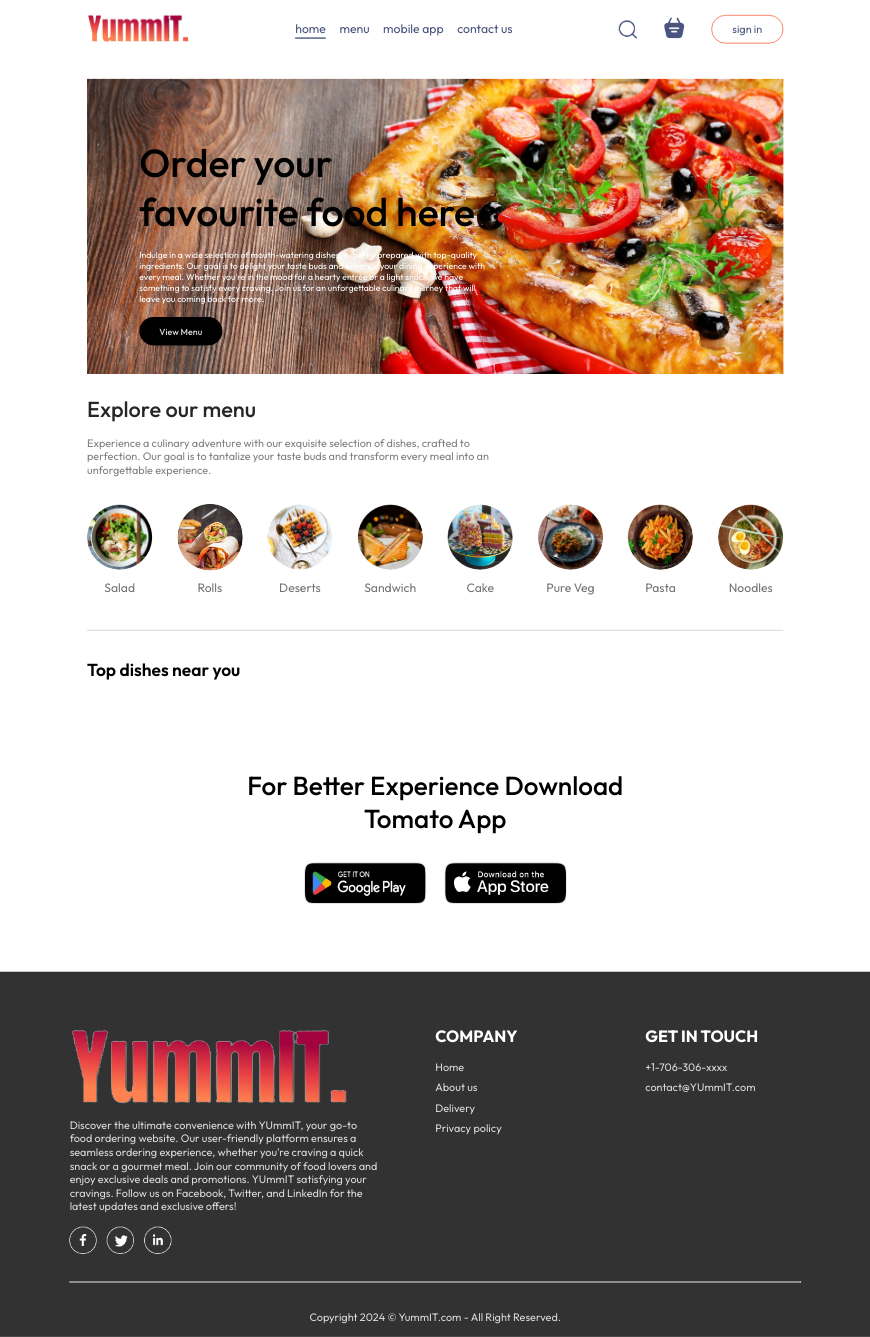
Repository: RiteshDumpala/FoodDelivery_website
Page: / (app in food-del/frontend/)
The author's editor kept a copy of each file at every save. The page is drawn from the files as they stood at one save, then again after the next save.
The browser window is 1280 px wide. The pictures show the whole page, at 68% of full size.
The page's requests for data from a server got no answer. The project was rebuilt for these pictures with package versions that can differ from the ones it lists, and the page was loaded fresh each time. No one was signed in, and anything a server would have sent is missing. Also part of the build but not shown: food-del/frontend/vite.config.js, food-del/frontend/src/components/FoodItem/FoodItem.css, food-del/frontend/src/components/FoodItem/FoodItem.jsx, food-del/frontend/src/pages/Cart/Cart.css, food-del/frontend/src/pages/Cart/Cart.jsx, food-del/frontend/src/components/LoginPopup/LoginPopup.css, food-del/frontend/src/components/LoginPopup/LoginPopup.jsx, food-del/frontend/src/pages/PlaceOrder/PlaceOrder.css and 5 more.

Above is the page before, as saved 2024-12-02 13:22:17.

### food-del/frontend/index.html
<!doctype html>
<html lang="en">
  <head>
    <meta charset="UTF-8" />
    <link rel="icon" type="image/svg+xml" href="/vite.svg" />
    <meta name="viewport" content="width=device-width, initial-scale=1.0" />
    <title>YummIT</title>
  </head>
  <body>
    <div id="root"></div>
    <script type="module" src="/src/main.jsx"></script>
  </body>
</html>

### food-del/frontend/src/Context/StoreContext.jsx
import { createContext, useEffect, useState } from "react";
import { food_list, menu_list } from "../assets/assets";
import axios from "axios";
export const StoreContext = createContext(null);

const StoreContextProvider = (props) => {

    const url = "http://localhost:4000"
    const [food_list, setFoodList] = useState([]);
    const [cartItems, setCartItems] = useState({});
    const [token, setToken] = useState("")
    const currency = "$";
    const deliveryCharge = 5;

    const addToCart = async (itemId) => {
        if (!cartItems[itemId]) {
            setCartItems((prev) => ({ ...prev, [itemId]: 1 }));
        }
        else {
            setCartItems((prev) => ({ ...prev, [itemId]: prev[itemId] + 1 }));
        }
        if (token) {
            await axios.post(url + "/api/cart/add", { itemId }, { headers: { token } });
        }
    }

    const removeFromCart = async (itemId) => {
        setCartItems((prev) => ({ ...prev, [itemId]: prev[itemId] - 1 }))
        if (token) {
            await axios.post(url + "/api/cart/remove", { itemId }, { headers: { token } });
        }
    }

    const getTotalCartAmount = () => {
        let totalAmount = 0;
        for (const item in cartItems) {
            try {
              if (cartItems[item] > 0) {
                let itemInfo = food_list.find((product) => product._id === item);
                totalAmount += itemInfo.price * cartItems[item];
            }
            } catch (error) {

            }

        }
        return totalAmount;
    }

    const fetchFoodList = async () => {
        const response = await axios.get(url + "/api/food/list");
        setFoodList(response.data.data)
    }

    const loadCartData = async (token) => {
        const response = await axios.post(url + "/api/cart/get", {}, { headers: token });
        setCartItems(response.data.cartData);
    }

    useEffect(() => {
        async function loadData() {
            await fetchFoodList();
            if (localStorage.getItem("token")) {
                setToken(localStorage.getItem("token"))
                await loadCartData({ token: localStorage.getItem("token") })
            }
        }
        loadData()
    }, [])

    const contextValue = {
        url,
        food_list,
        menu_list,
        cartItems,
        addToCart,
        removeFromCart,
        getTotalCartAmount,
        token,
        setToken,
        loadCartData,
        setCartItems,
        currency,
        deliveryCharge
    };

    return (
        <StoreContext.Provider value={contextValue}>
            {props.children}
        </StoreContext.Provider>
    )

}

export default StoreContextProvider;

### food-del/frontend/src/components/Footer/Footer.jsx
import React from 'react'
import './Footer.css'
import { assets } from '../../assets/assets'

const Footer = () => {
  return (
    <div className='footer' id='footer'>
      <div className="footer-content">
        <div className="footer-content-left">
            <img src={assets.logo} alt="" />
            <p>Discover the ultimate convenience with YUmmIT, your go-to food ordering website. Our user-friendly platform ensures a seamless ordering experience, whether you're craving a quick snack or a gourmet meal. Join our community of food lovers and enjoy exclusive deals and promotions. YUmmIT satisfying your cravings.
            Follow us on Facebook, Twitter, and LinkedIn for the latest updates and exclusive offers!
            </p>
            <div className="footer-social-icons">
                <img src={assets.facebook_icon} alt="" />
                <img src={assets.twitter_icon} alt="" />
                <img src={assets.linkedin_icon} alt="" />
            </div>
        </div>
        <div className="footer-content-center">
            <h2>COMPANY</h2>
            <ul>
                <li>Home</li>
                <li>About us</li>
                <li>Delivery</li>
                <li>Privacy policy</li>
            </ul>
        </div>
        <div className="footer-content-right">
            <h2>GET IN TOUCH</h2>
            <ul>
                <li>+1-706-306-xxxx</li>
                <li>contact@YUmmIT.com</li>
            </ul>
        </div>
      </div>
      <hr />
      <p className="footer-copyright">Copyright 2024 © YummIT.com - All Right Reserved.</p>
    </div>
  )
}

export default Footer

### food-del/frontend/src/components/Navbar/Navbar.jsx
import React, { useContext, useEffect, useState } from 'react'
import './Navbar.css'
import { assets } from '../../assets/assets'
import { Link, useNavigate } from 'react-router-dom'
import { StoreContext } from '../../Context/StoreContext'

const Navbar = ({ setShowLogin }) => {

  const [menu, setMenu] = useState("home");
  const { getTotalCartAmount, token ,setToken } = useContext(StoreContext);
  const navigate = useNavigate();

  const logout = () => {
    localStorage.removeItem("token");
    setToken("");
    navigate('/')
  }

  return (
    <div className='navbar'>
      <Link to='/'><img className='logo' src={assets.logo} alt="" /></Link>
      <ul className="navbar-menu">
        <Link to="/" onClick={() => setMenu("home")} className={`${menu === "home" ? "active" : ""}`}>home</Link>
        <a href='#explore-menu' onClick={() => setMenu("menu")} className={`${menu === "menu" ? "active" : ""}`}>menu</a>
        <a href='#app-download' onClick={() => setMenu("mob-app")} className={`${menu === "mob-app" ? "active" : ""}`}>mobile app</a>
        <a href='#footer' onClick={() => setMenu("contact")} className={`${menu === "contact" ? "active" : ""}`}>contact us</a>
      </ul>
      <div className="navbar-right">
        <img src={assets.search_icon} alt="" />
        <Link to='/cart' className='navbar-search-icon'>
          <img src={assets.basket_icon} alt="" />
          <div className={getTotalCartAmount() > 0 ? "dot" : ""}></div>
        </Link>
        {!token ? <button onClick={() => setShowLogin(true)}>sign in</button>
          : <div className='navbar-profile'>
            <img src={assets.profile_icon} alt="" />
            <ul className='navbar-profile-dropdown'>
              <li onClick={()=>navigate('/myorders')}> <img src={assets.bag_icon} alt="" /> <p>Orders</p></li>
              <hr />
              <li onClick={logout}> <img src={assets.logout_icon} alt="" /> <p>Logout</p></li>
            </ul>
          </div>
        }

      </div>
    </div>
  )
}

export default Navbar

### food-del/frontend/src/components/Header/Header.jsx
import React from 'react'
import './Header.css'

const Header = () => {
    return (
        <div className='header'>
            <div className='header-contents'>
                <h2>Order your favourite food here</h2>
                <p>Indulge in a wide selection of mouth-watering dishes, expertly prepared with top-quality ingredients. Our goal is to delight your taste buds and enhance your dining experience with every meal. Whether you're in the mood for a hearty entrée or a light snack, we have something to satisfy every craving. Join us for an unforgettable culinary journey that will leave you coming back for more.</p>
                <button>View Menu</button>
            </div>
        </div>
    )
}

export default Header

### food-del/frontend/src/components/ExploreMenu/ExploreMenu.jsx
import React, { useContext } from 'react'
import './ExploreMenu.css'
import { StoreContext } from '../../Context/StoreContext'

const ExploreMenu = ({category,setCategory}) => {

  const {menu_list} = useContext(StoreContext);

  return (
    <div className='explore-menu' id='explore-menu'>
      <h1>Explore our menu</h1>
      <p className='explore-menu-text'>Experience a culinary adventure with our exquisite selection of dishes, crafted to perfection. Our goal is to tantalize your taste buds and transform every meal into an unforgettable experience.</p>
      <div className="explore-menu-list">
        {menu_list.map((item,index)=>{
            return (
                <div onClick={()=>setCategory(prev=>prev===item.menu_name?"All":item.menu_name)} key={index} className='explore-menu-list-item'>
                    <img src={item.menu_image} className={category===item.menu_name?"active":""} alt="" />
                    <p>{item.menu_name}</p>
                </div>
            )
        })}
      </div>
      <hr />
    </div>
  )
}

export default ExploreMenu

### food-del/frontend/src/components/FoodDisplay/FoodDisplay.jsx
import React, { useContext } from 'react'
import './FoodDisplay.css'
import FoodItem from '../FoodItem/FoodItem'
import { StoreContext } from '../../Context/StoreContext'

const FoodDisplay = ({category}) => {

  const {food_list} = useContext(StoreContext);

  return (
    <div className='food-display' id='food-display'>
      <h2>Top dishes near you</h2>
      <div className='food-display-list'>
        {food_list.map((item)=>{
          if (category==="All" || category===item.category) {
            return <FoodItem key={item._id} image={item.image} name={item.name} desc={item.description} price={item.price} id={item._id}/>
          }
        })}
      </div>
    </div>
  )
}

export default FoodDisplay

### food-del/frontend/src/components/Footer/Footer.css
.footer{
    color: #D9D9D9;
    background-color: #323232;
    display: flex;
    flex-direction: column;
    align-items: center;
    gap: 20px;
    padding: 20px 8vw;
    padding-top: 80px;
}
.footer-content{
    width: 100%;
    display: grid;
    grid-template-columns: 2fr 1fr 1fr;
    gap: 80px;
}
.footer-content-left , .footer-content-center , .footer-content-right {
    display: flex;
    flex-direction: column;
    align-items: start;
    gap: 20px;
}
.footer-content-left ul li, .footer-content-center ul li, .footer-content-right ul li{
    margin-bottom: 10px;
    list-style: none;
}
.footer-content-left h2, .footer-content-center h2, .footer-content-right h2{
    color: white;
}
.footer-social-icons img{
    width: 40px;
}
.footer-social-icons{
    display: flex;
    gap: 15px;
}
.footer li{
    cursor: pointer;
}
.footer hr{
    width: 100%;
    height: 2px;
    margin: 20px 0px;
}
@media (max-width:750px) {
    .footer-content{
        display: flex;
        flex-direction: column;
        gap: 35px;
    }
    .footer-copyright{
        text-align: center;
    }
}

### food-del/frontend/src/components/Navbar/Navbar.css
.navbar {
    padding: 20px 0px;
    display: flex;
    justify-content: space-between;
    align-items: center;
}

.navbar .logo {
    width: 150px;
}

.navbar-menu {
    display: flex;
    list-style: none;
    gap: 20px;
    color: #49557E;
    font-size: 18px;
}

.navbar-menu .active {
    padding-bottom: 2px;
    border-bottom: 2px solid #49557E;
}

.navbar-right {
    display: flex;
    align-items: center;
    gap: 40px;
}

.navbar-search-icon{
position: relative;
}

.navbar-search-icon .dot{
    position: absolute;
    min-width: 10px;
    min-height: 10px;
    background-color: #FF4C24;
    border-radius: 5px;
    top: -8px;
    right: -8px;
}

.navbar-right button {
    background: transparent;
    font-size: 16px;
    color: #49557E;
    border: 1px solid #FF4C24;
    padding: 10px 30px;
    border-radius: 50px;
    cursor: pointer;
    transition: 0.3s;
}

.navbar-right button:hover {
    background: #fff4f2;
}

.navbar-profile{
    position: relative;

}
.navbar-profile-dropdown{
    position: absolute;
    display: none;
    right: 0;
    z-index: 1;
}
.navbar-profile-dropdown li{
    display: flex;
    align-items: center;
    gap: 10px;
    cursor: pointer;
}
.navbar-profile-dropdown img{
    width: 20px;
}
.navbar-profile-dropdown li:hover{
    color: #FF4C24;
}
.navbar-profile:hover .navbar-profile-dropdown{
    display: flex;
    flex-direction: column;
    gap: 10px;
    background-color: #fff2ef;
    padding: 12px 25px;
    border-radius: 4px;
    border: 1px solid tomato;
    outline: 2px solid white;
    list-style: none;
}
.navbar-profile hr{
    background-color: gray;
    height: 1px;
    border: none;
}
@media (max-width:1050px) {
    .navbar .logo {
        width: 140px;
    }

    .navbar-menu {
        gap: 20px;
        font-size: 17px;
    }

    .navbar-right {
        gap: 30px;
    }

    .navbar-right img {
        width: 22px;
    }

    .navbar-right button {
        padding: 8px 25px;
    }
}

@media (max-width:900px) {
    .navbar .logo {
        width: 120px;
    }

    .navbar-menu {
        gap: 15px;
        font-size: 16px;
    }

    .navbar-right {
        gap: 20px;
    }

    .navbar-right img {
        width: 20px;
    }

    .navbar-right button {
        font-size: 15px;
        padding: 7px 20px;
    }
}

@media (max-width:750px) {
    .navbar-menu {
        display: none;
    }
}

### food-del/frontend/src/components/Header/Header.css
.header{
    height: 34vw;
    margin: 30px auto;
    background: url('/header_img.png') no-repeat;
    background-size:contain;
    position: relative;
}
.header-contents{
    position: absolute;
    display: flex;
    flex-direction: column;
    align-items: start;
    gap: 1.5vw;
    max-width: 50%;
    bottom: 10%;
    left: 6vw;
    animation: fadeIn 3s;
}
.header-contents h2{
    font-weight:500;
    color: black;
    font-size: max(4.5vw,22px);
}
.header-contents p{
    color: white;
    font-size: 1vw;
}
.header-contents button{
    border: none;
    color: #dadada;
    font-weight: 500;
    padding: 1vw 2.3vw;
    background: black;
    font-size: max(1vw,13px);
    border-radius: 50px;
}
@media (max-width:1050px) {
    .header{
        height: 38vw;
    }
    .header-contents{
        max-width: 45%;
    }
}
@media(max-width:750px){
    .header-contents{
        max-width: 55%;
    }
    .header-contents p{
       display: none;
    }
    .header-contents button{
        padding: 2vw 4vw;
    }
}

### food-del/frontend/src/components/ExploreMenu/ExploreMenu.css
.explore-menu{
    display: flex;
    flex-direction: column;
    gap: 20px;
}
.explore-menu h1{
    color: #262626;
    font-weight: 500;
}
.explore-menu-text{
    max-width: 60%;
    color: #808080;
}
.explore-menu-list{
    display: flex;
    justify-content: space-between;
    align-items: center;
    gap: 30px;
    text-align: center;
    margin: 20px 0px;
    overflow-x: scroll;
}
.explore-menu-list::-webkit-scrollbar{
    display: none;
}
.explore-menu-list-item img{
    width: 7.5vw;
    min-width: 80px;
    cursor: pointer;
    border-radius: 50%;
    transition: 0.2s;
}
.explore-menu-list-item .active{
    border: 4px solid tomato;
    padding: 2px;
}
.explore-menu-list-item p{
    margin-top: 10px;
    color: #747474;
    font-size: max(1.4vw,16px);
    cursor: pointer;
}
.explore-menu hr{
    margin: 10px 0px;
    height: 2px;
    background-color: #E2E2E2;
    border: none;
}
@media (max-width:1050px) {
    .explore-menu-text{
        max-width: 100%;
        font-size: 14px;
    }
}

Loaded but not shown: food-del/frontend/src/main.jsx (common file); food-del/frontend/src/App.jsx (common file); food-del/frontend/src/index.css (common file); food-del/frontend/src/pages/Home/Home.jsx (common file); food-del/frontend/src/components/AppDownload/AppDownload.jsx (common file); food-del/frontend/src/components/FoodDisplay/FoodDisplay.css (common file); food-del/frontend/src/components/AppDownload/AppDownload.css (common file); food-del/frontend/src/assets/assets.js (354 lines, source omitted)

After the next save:
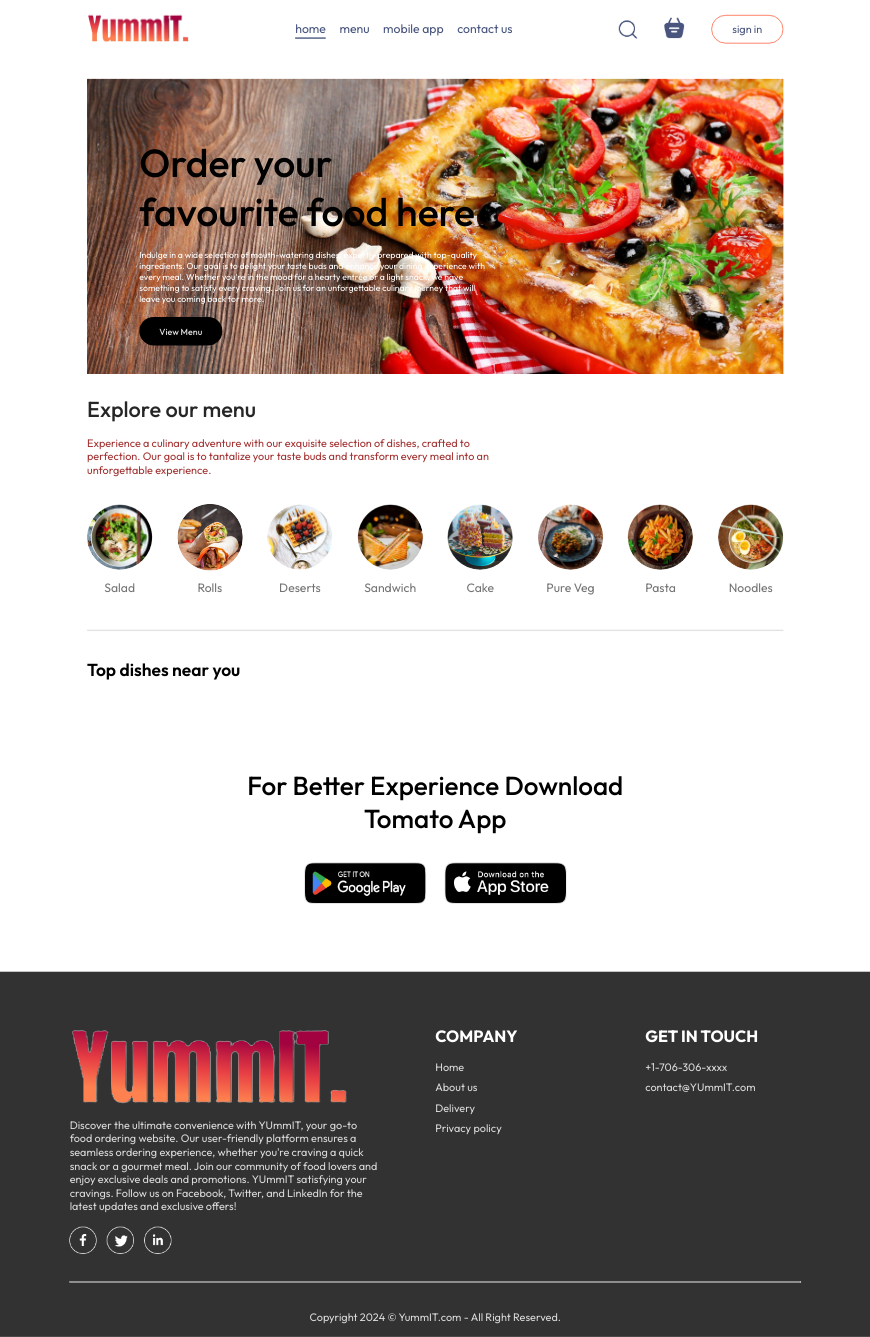
Saved 52 s later.
--- a/food-del/frontend/src/components/ExploreMenu/ExploreMenu.css
+++ b/food-del/frontend/src/components/ExploreMenu/ExploreMenu.css
@@ -9,7 +9,7 @@
 }
 .explore-menu-text{
     max-width: 60%;
-    color: #808080;
+    color: #a33333;
 }
 .explore-menu-list{
     display: flex;
